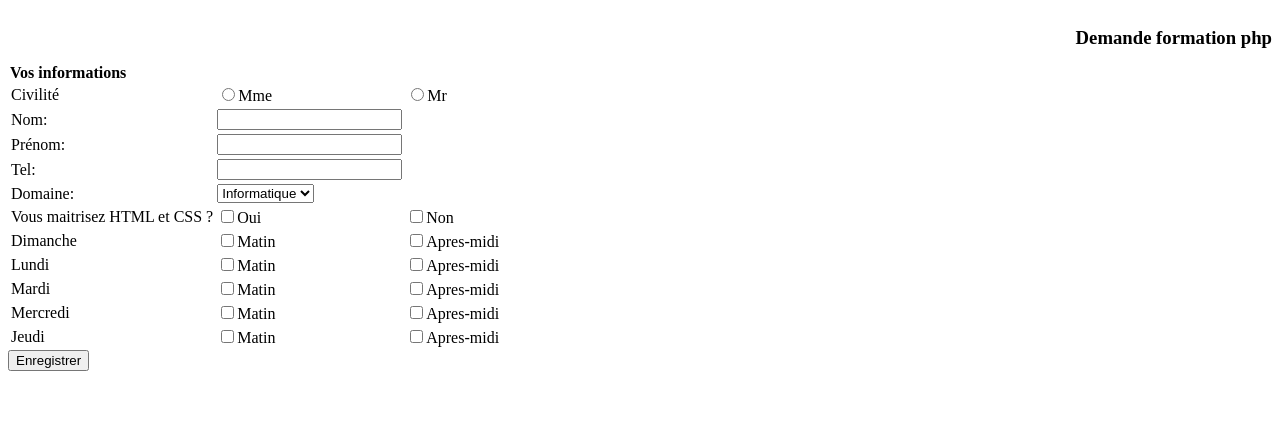
Repository: imouahrani/Gestion-des-stagiaires_JAVAEE
Page: http://localhost/LoginProjet/FormulaireInscription.jsp
The author's editor kept a copy of each file at every save. The page is drawn from the files as they stood at one save, then again after the next save.
The browser window is 1280 px wide. The pictures show the whole page.
The page is served by Tomcat 9. The template is opened directly, without the code that normally fills it, so the values that code supplies are empty.

Above is the page before, as saved 2018-08-02 10:37:22.

After the next save:
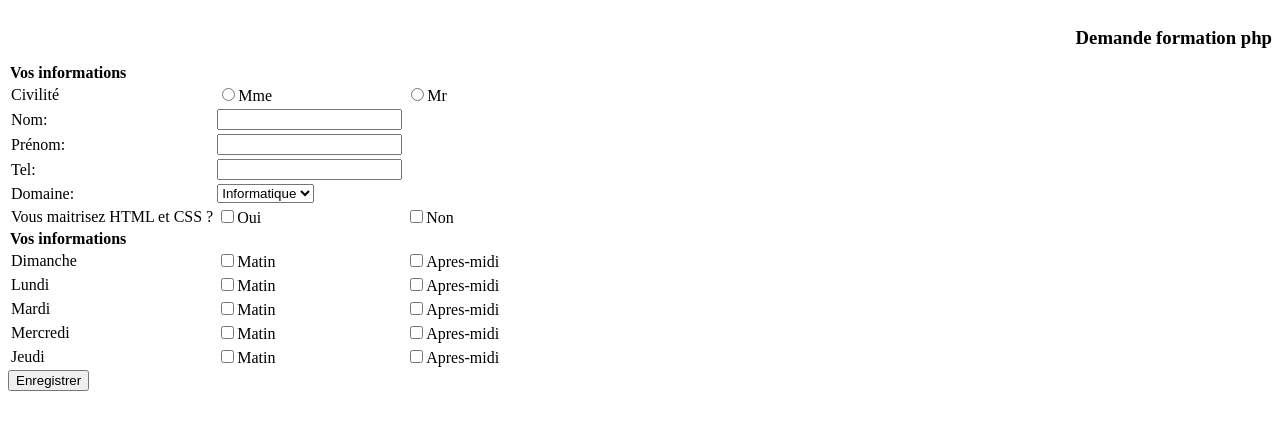
Saved 32 s later.
--- a/Formation Java Entreprise Edition/LoginProjet/WebContent/FormulaireInscription.jsp
+++ b/Formation Java Entreprise Edition/LoginProjet/WebContent/FormulaireInscription.jsp
@@ -78,6 +78,9 @@
 
 
 			</tr>
+			<caption style="float: left; font-weight: bold;">Vos
+				informations</caption>
+
 			<tr>
 				<td>Dimanche</td>
 				<td><input type="checkbox" name="matin">Matin</td>
